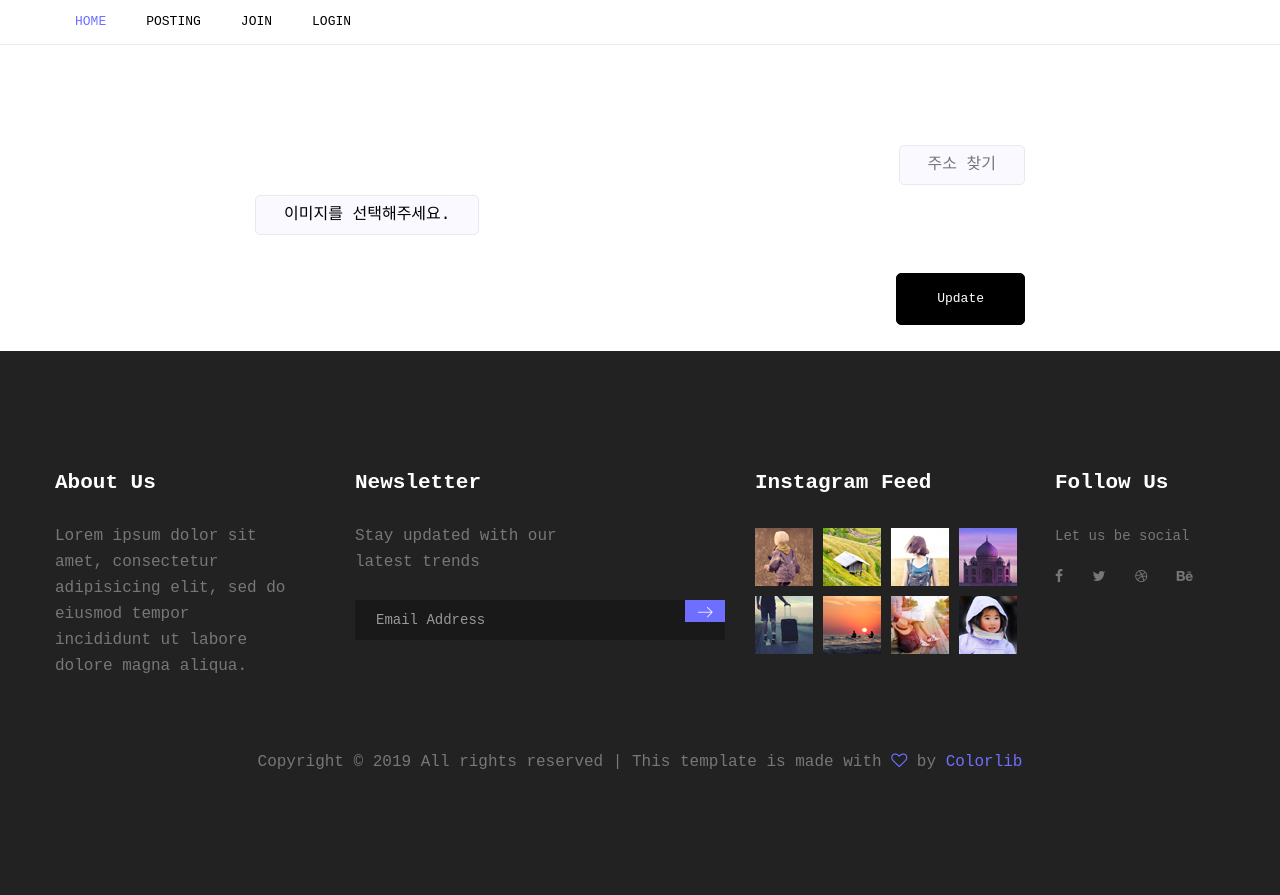
Repository: juneyj114/jspblog
Page: http://localhost/blog/user/userProfileForm.jsp
An editor plug-in stored every save of this project. The page is shown before and after the next save, followed by the edit.
The browser window is 1280 px wide. The pictures show the whole page.
Some web fonts or font styles are not loaded; a fallback is used. The page is served by Tomcat 9.

Above is the page before, as saved 2019-11-13 05:48:43.
Console error: TypeError: Cannot read properties of null (reading 'addEventListener')

After the next save:
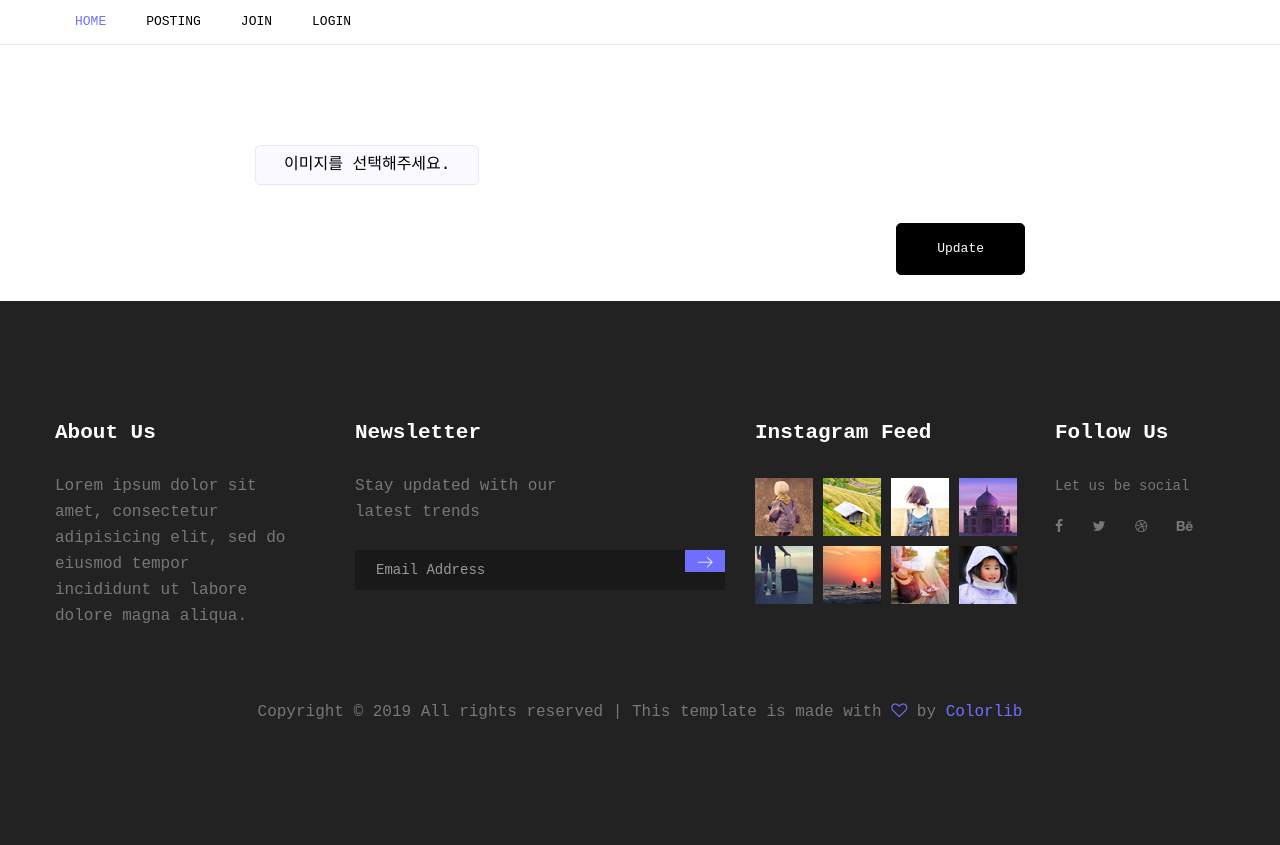
Saved 12 min 3 s later.
--- a/blog/WebContent/user/userProfileForm.jsp
+++ b/blog/WebContent/user/userProfileForm.jsp
@@ -9,16 +9,10 @@
 			<div class="col-lg-2"></div>
 			<div class="col-lg-8">
 				<form class="row contact_form" action="/blog/user?cmd=profile" method="post" enctype="multipart/form-data">
-
-					<div class="col-md-12">
-						<div class="form-group float-right">
-							<a class="blog_btn" onclick={goPopup()}>주소 찾기</a>
-						</div>
-					</div>
+					<input type="text" name="username" value="${sessionScope.user.username }" hidden="true" />
 					<div class="col-md-12">
 						<div class="form-group">
-							<label for="filename" class="blog_btn">이미지를 선택해주세요.</label>
-							<input type="file" id="filename" class="form-control" name="userProfile" hidden readonly >
+							<label for="filename" class="blog_btn">이미지를 선택해주세요.</label> <input type="file" id="filename" class="form-control" name="userProfile" hidden readonly>
 						</div>
 					</div>
 					<div class="col-md-12 text-right">
